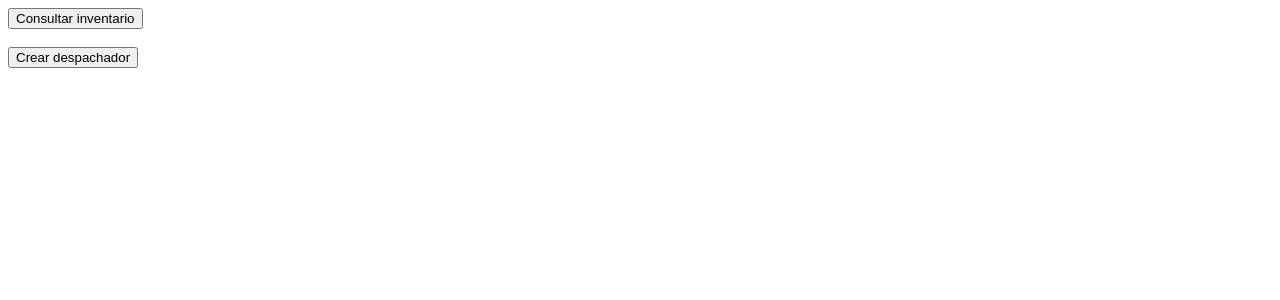
Repository: mauro2357/Producto2SW2MEERKATSOFT
Page: http://localhost/Meerkat_0.0/consultarinventariovista/funcionesadministrador.jsp
An editor plug-in stored every save of this project. The page is shown before and after the next save, followed by the edit.
The browser window is 1280 px wide. The pictures show the whole page.
Some web libraries are served in a nearby version. The page is served by Tomcat 9. Nobody is signed in. The application's start-up code is not run.

Above is the page before, as saved 2015-09-11 02:58:11.

After the next save:
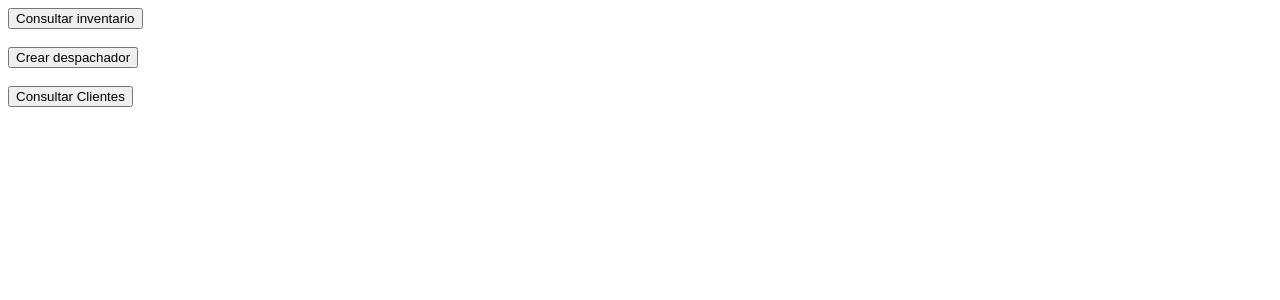
Saved 14 min 23 s later.
--- a/Meerkat_0.0/WebContent/consultarinventariovista/funcionesadministrador.jsp
+++ b/Meerkat_0.0/WebContent/consultarinventariovista/funcionesadministrador.jsp
@@ -30,6 +30,13 @@
 			});
 	}
 
+	function consultar_clientes(){
+		var Entrar = "consultar_clientes";
+		$.post("/Meerkat_0.0/administrador", {
+			entrar : Entrar,
+			});
+	}
+
 </script>
 </head>
 
@@ -41,6 +48,9 @@
 	<button type="button" onclick="crear_despachador()">Crear despachador</button>
 	<br></br>
 
+	<button type="button" onclick="consultar_clientes">Consultar Clientes</button>
+	<br></br>
+
 	<div id="cuerpo"></div>
 
 
